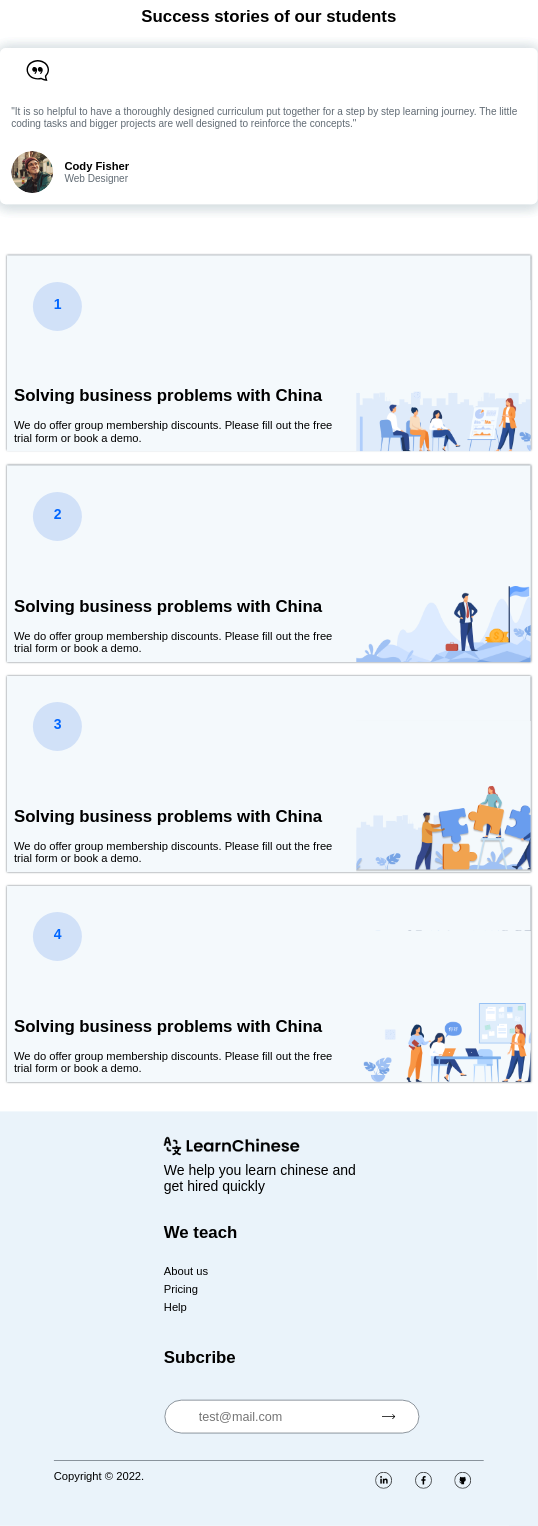
Repository: BinhIT/ChineseLearn
Page: index.html
These files come from the project's save history. The page is drawn as it stood at one moment and after the next save; the edit follows.
The browser window is 768 px wide. The pictures show the part of the page from y = 2164 to 4404 px (the page is 4344 px tall before and 4404 px after), at 70% of full size.

Above is the page before, as saved 2023-03-02 19:41:43.

After the next save:
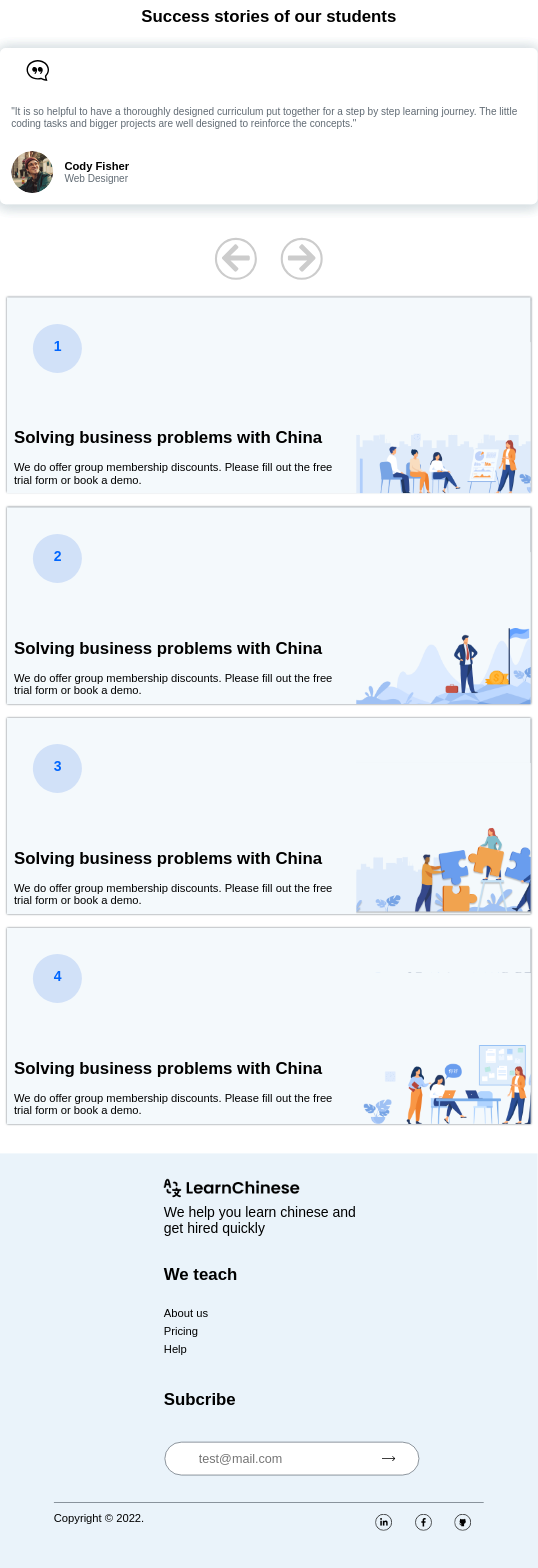
Saved 7 s later.
--- a/css/stories_card.css
+++ b/css/stories_card.css
@@ -147,7 +147,7 @@
     }
 
     .btn-group {
-        display: none;
+        display: block;
         text-align: center;
     }
 
